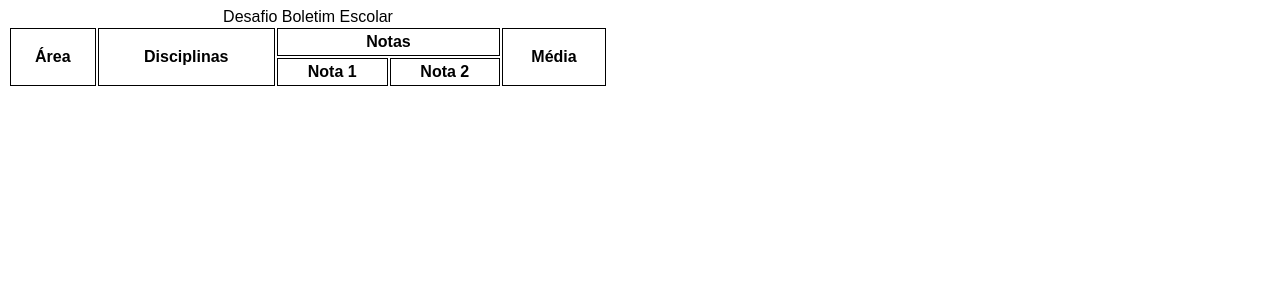
Repository: railsondev/html-css
Page: Módulo3/Desafio/D05 - Tabela Boletim escolar/boletim.html
The author's editor kept a copy of each file at every save. The page is drawn from the files as they stood at one save, then again after the next save.
The browser window is 1280 px wide. The pictures show the whole page.

Above is the page before, as saved 2024-10-22 12:23:50.

After the next save:
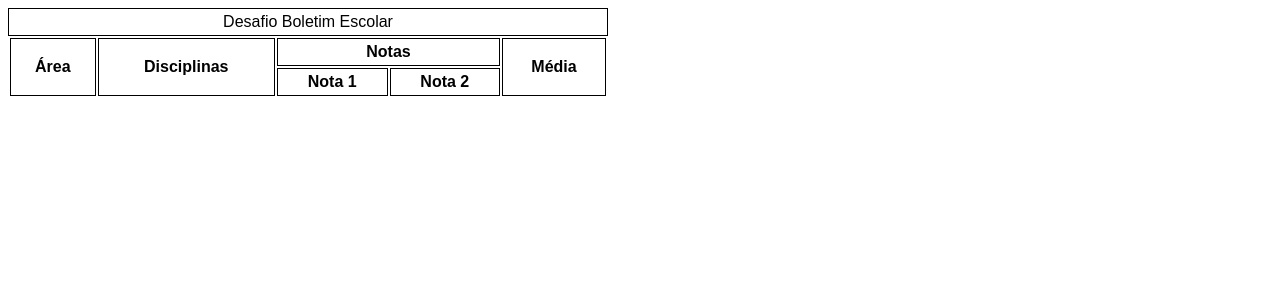
Saved 5 s later.
--- a/Módulo3/Desafio/D05 - Tabela Boletim escolar/src/css/estilo.css
+++ b/Módulo3/Desafio/D05 - Tabela Boletim escolar/src/css/estilo.css
@@ -8,7 +8,7 @@ table {
   width: 600px;
 }
 
-td, th {
+td, th, caption {
   border: 1px solid black;
   padding: 4px;
 }

After the save that followed:
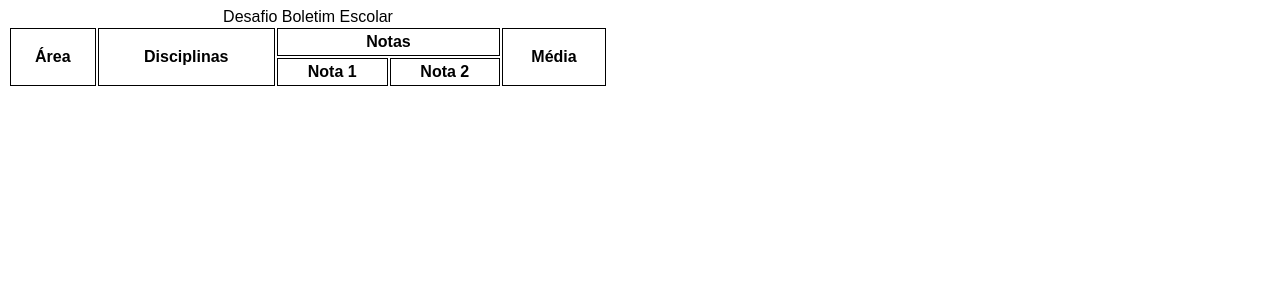
Saved 30 s later.
--- a/Módulo3/Desafio/D05 - Tabela Boletim escolar/src/css/estilo.css
+++ b/Módulo3/Desafio/D05 - Tabela Boletim escolar/src/css/estilo.css
@@ -8,7 +8,7 @@ table {
   width: 600px;
 }
 
-td, th, caption {
+td, th {
   border: 1px solid black;
   padding: 4px;
 }
